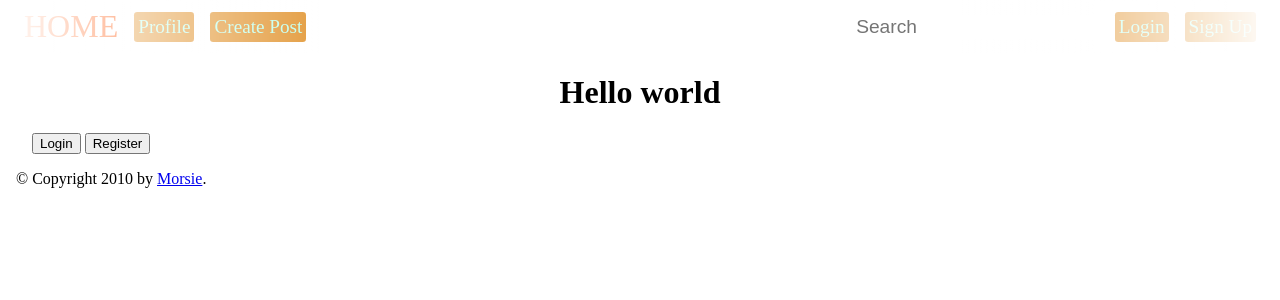
Repository: MorsChen/python-blog
Page: templates/home.html
These files come from the project's save history. The page is drawn as it stood at one moment and after the next save; the edit follows.
The browser window is 1280 px wide. The pictures show the whole page.
The page is served by the project's application, run on Flask 3 (default.py). The template is opened directly, without the code that normally fills it, so the values that code supplies are empty.

Above is the page before, as saved 2019-09-09 17:19:53.

After the next save:
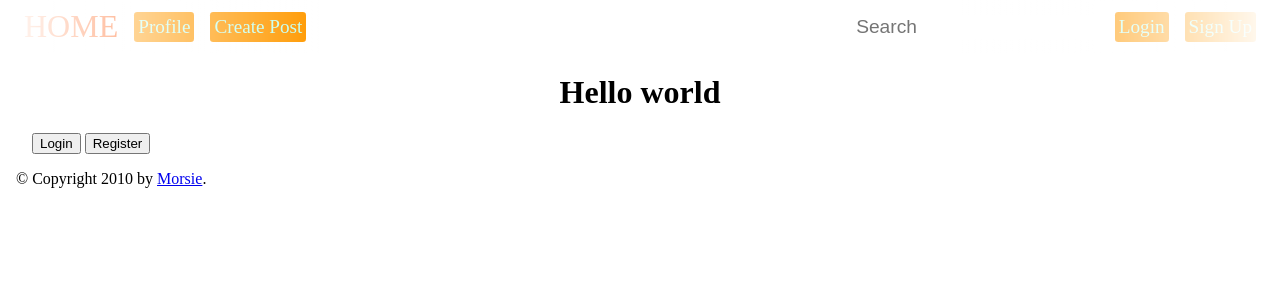
Saved 29 s later.
--- a/static/style.css
+++ b/static/style.css
@@ -60,7 +60,7 @@ body{
     border: none;
     text-decoration: none;
     border-radius: 0.2rem;
-    background-color: rgb(228, 158, 67);
+    background-color: rgb(255, 153, 0);
     text-align: center;
     text-justify: center;
     padding: 0.25rem;
